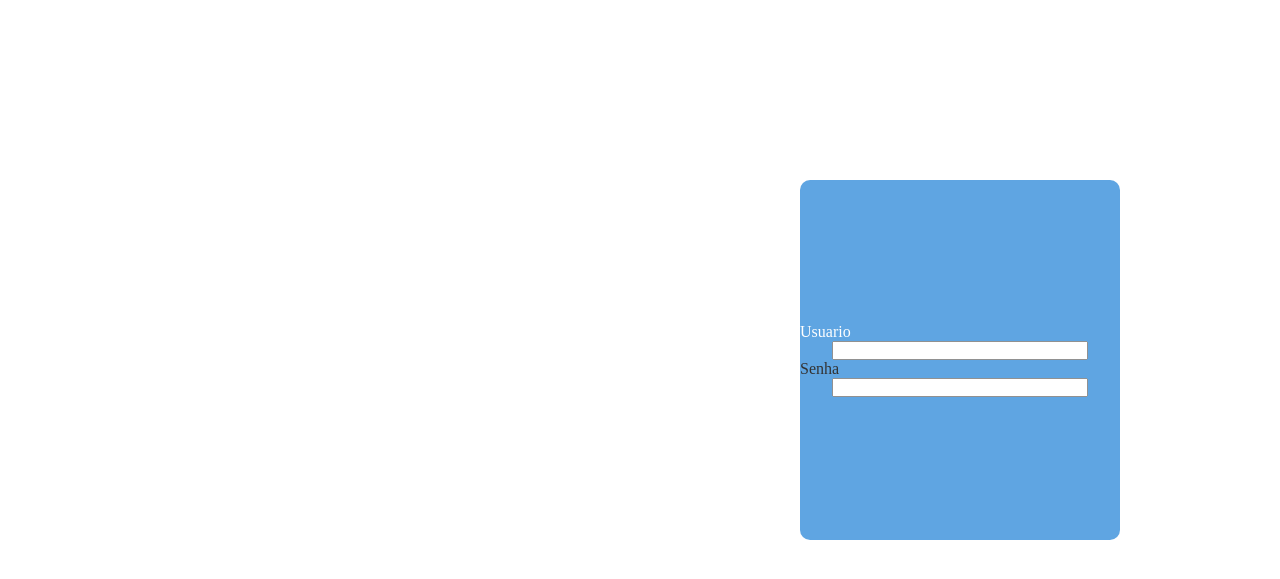
Repository: KevynMarques/Estudos-Reactjs-Firebase
Page: /
These files come from the project's save history. The page is drawn as it stood at one moment and after a run of saves; the edit follows.
The browser window is 1280 px wide. The pictures show the whole page.
The page's requests for data from a server got no answer. The project was rebuilt for these pictures with package versions that can differ from the ones it lists, and the page was loaded fresh each time. No one was signed in, and anything a server would have sent is missing. Also part of the build but not shown: src/Pages/Page2.jsx.

Above is the page before, as saved 2022-08-23 13:10:21.

After the next 4 saves:
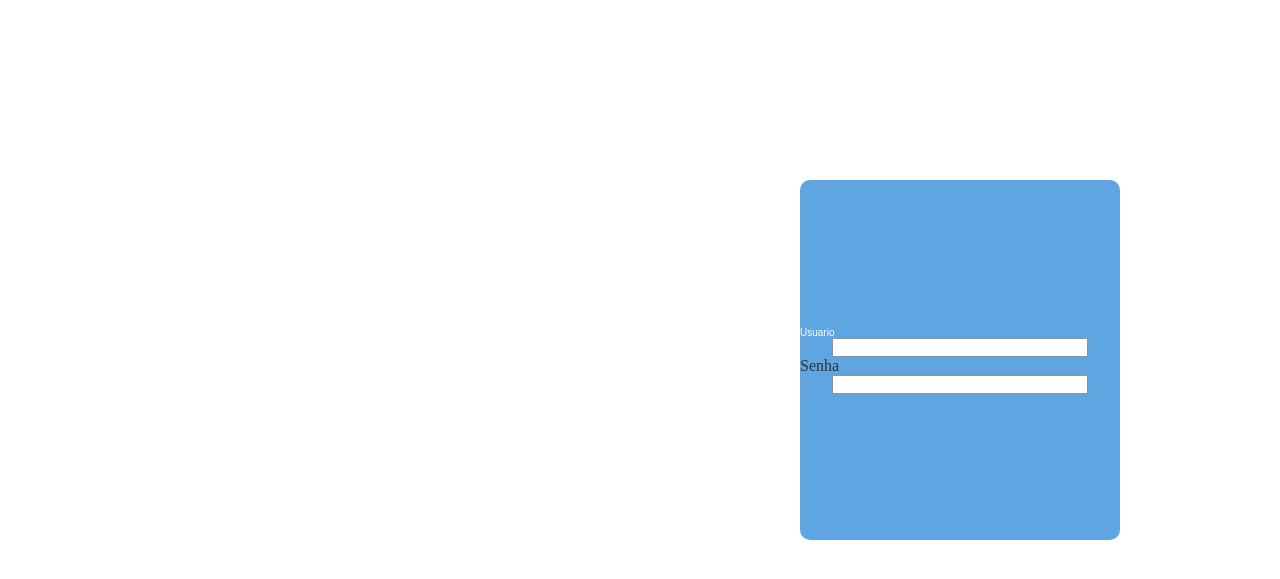
The 4 saves are shown as one change because they came seconds apart.
The last was saved 80 s later.
--- a/src/Components/Login/style.jsx
+++ b/src/Components/Login/style.jsx
@@ -27,6 +27,8 @@ margin-left: 10%;
 
 export const User = styled.label`
  color: white;
+ font-family: Arial, Helvetica, sans-serif;
+ font-size: 10px;
 `;
 
 
